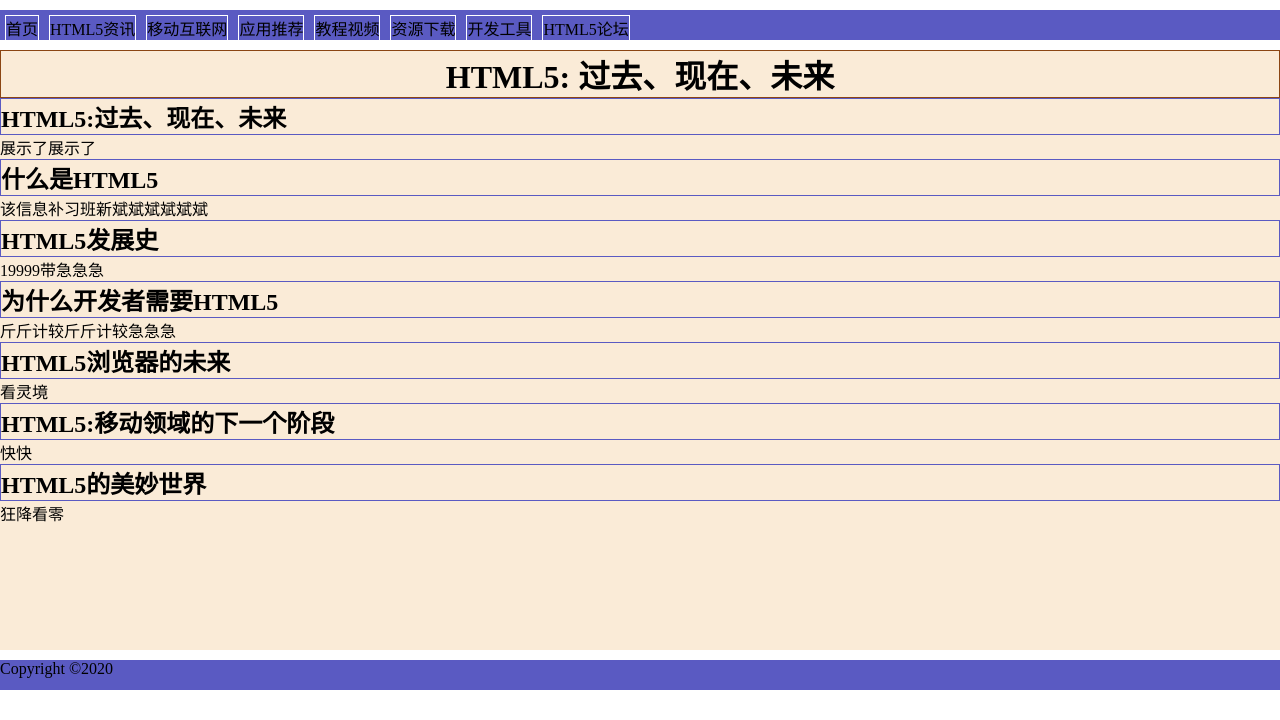
Repository: LstHeart/html-learning
Page: css/案例作业2.html
An editor plug-in stored every save of this project. The page is shown before and after the next save, followed by the edit.
The browser window is 1280 px wide. The pictures show the whole page.

Above is the page before, as saved 2021-01-05 21:46:13.

### css/案例作业2.html
<!DOCTYPE html>
<html lang="en">
<head>
    <meta charset="UTF-8">
    <meta name="viewport" content="width=device-width, initial-scale=1.0">
    <title>HTML5</title>
    <link rel="stylesheet" href="html5.css">
</head>
<body>
    <div class="header">
        <ul>
            <li>首页</li>
            <li>HTML5资讯</li>
            <li>移动互联网</li>
            <li>应用推荐</li>
            <li>教程视频</li>
            <li>资源下载</li>
            <li>开发工具</li>
            <li>HTML5论坛</li>
        </ul>
    </div>
    <div class="content">
        <h1>HTML5: 过去、现在、未来</h1>
        <h2>HTML5:过去、现在、未来</h2>
        <p>展示了展示了</p>
        <h2>什么是HTML5</h2>
        <p>该信息补习班新斌斌斌斌斌斌</p>
        <h2>HTML5发展史</h2>
        <p>19999带急急急</p>
        <h2>为什么开发者需要HTML5</h2>
        <p>斤斤计较斤斤计较急急急</p>
        <h2>HTML5浏览器的未来</h2>
        <p>看灵境</p>
        <h2>HTML5:移动领域的下一个阶段</h2>
        <p>快快</p>
        <h2>HTML5的美妙世界</h2>
        <p>狂降看零</p>
    </div>
    <div class="footer">
        Copyright &copy;2020
    </div>
</body>
</html>

### css/html5.css
*{
    padding: 0;
    margin: 0;
}
li{
    list-style: none;
}
a{
    text-decoration: none;
}
.content{
    background-color: #fff;
}
.header,.footer{
    height: 30px;
    background-color: #5a5ac2;
    margin: 10px auto;
}
.header li{
    float: left;
    margin:5px 5px;
    border:#fff solid 1px;
}
.content{
    background-color:antiquewhite;
    height: 600px;
    margin: 10px auto;
}
.content h1{
    border: 1px saddlebrown solid;
    text-align: center;
    font-family: '黑体';
}
.content h2{
    border:#5a5ac2 1px solid;
}

After the next save:
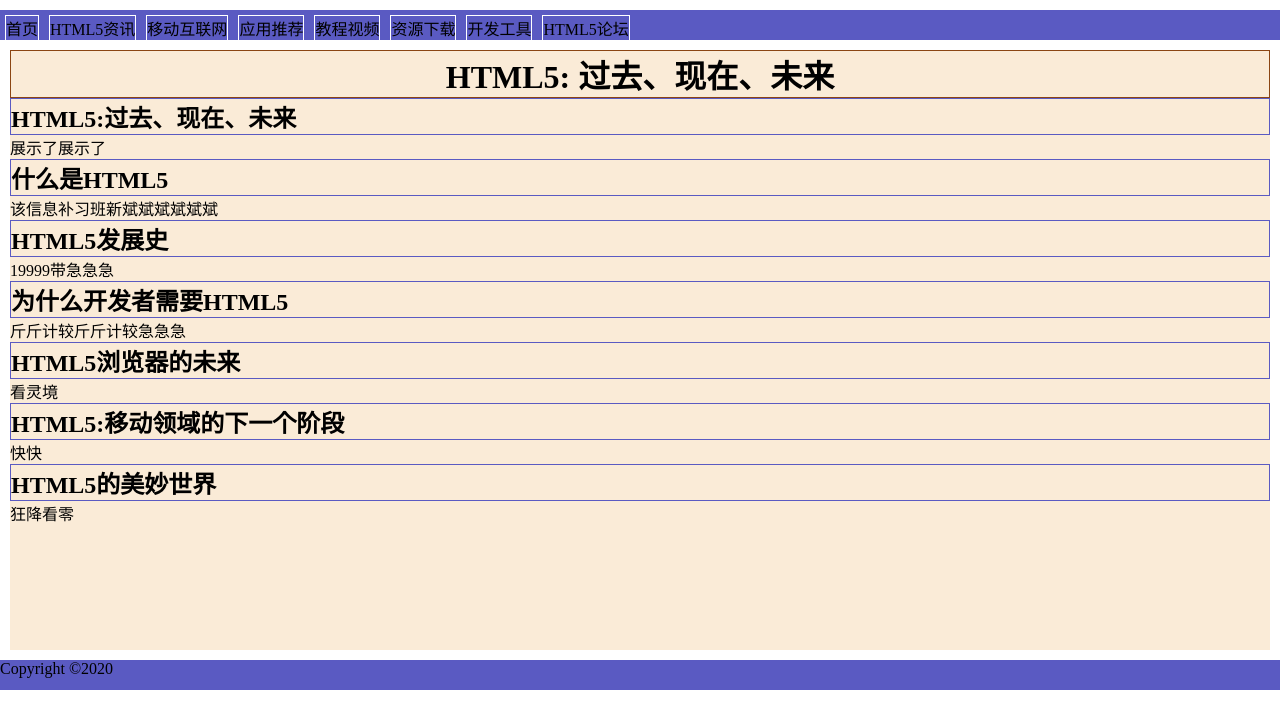
Saved 48 s later.
--- a/css/html5.css
+++ b/css/html5.css
@@ -24,7 +24,7 @@ a{
 .content{
     background-color:antiquewhite;
     height: 600px;
-    margin: 10px auto;
+    margin: 10px;
 }
 .content h1{
     border: 1px saddlebrown solid;

After the save that followed:
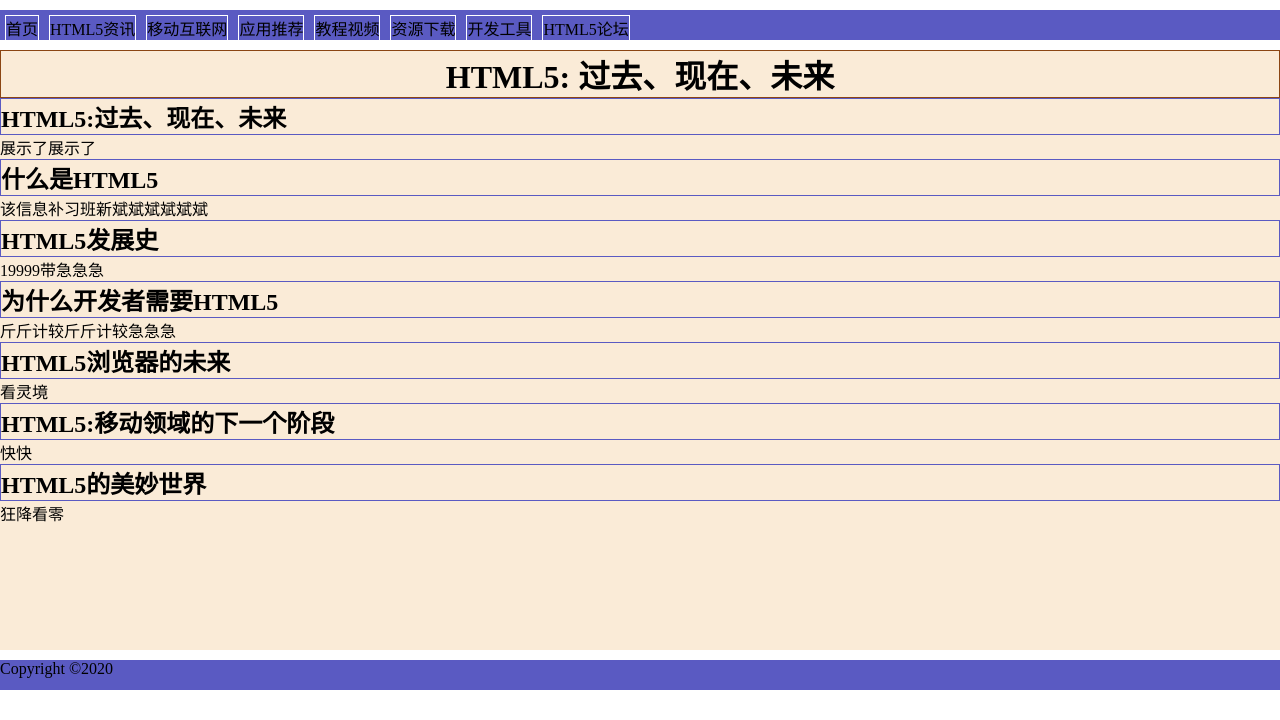
Saved 15 s later.
--- a/css/html5.css
+++ b/css/html5.css
@@ -24,7 +24,7 @@ a{
 .content{
     background-color:antiquewhite;
     height: 600px;
-    margin: 10px;
+    margin: 10px auto;
 }
 .content h1{
     border: 1px saddlebrown solid;
